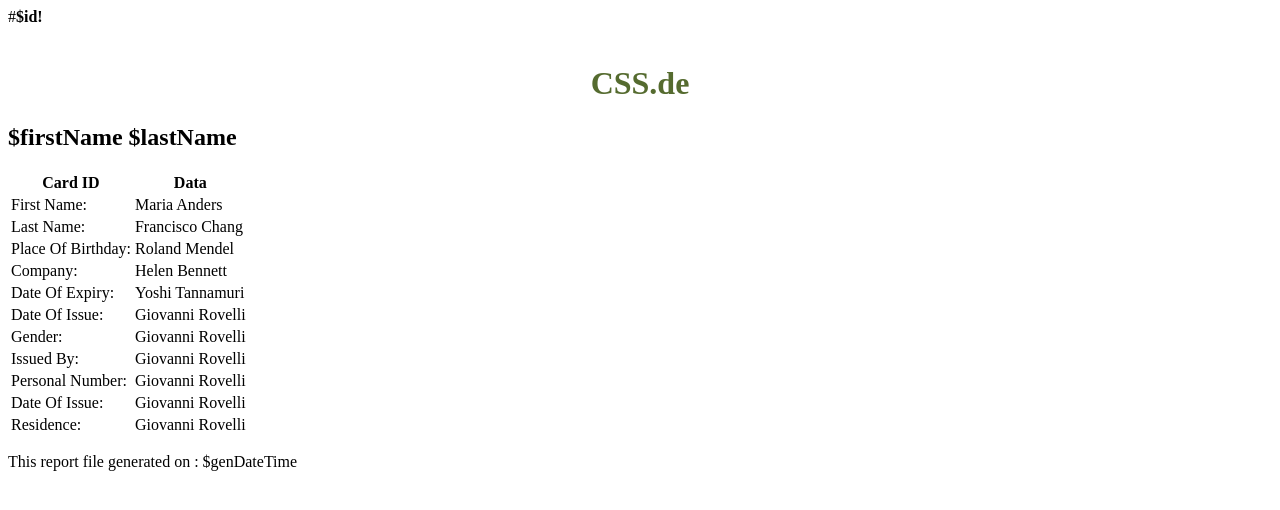
Repository: Len2/Topic4
Page: src/main/resources/templates/PDF_template.html
These files come from the project's save history. The page is drawn as it stood at one moment and after the next save; the edit follows.
The browser window is 1280 px wide. The pictures show the whole page.

Above is the page before, as saved 2020-09-07 11:07:36.

### src/main/resources/templates/PDF_template.html
<!DOCTYPE html>
<html>
<body>
#<b>$id!</b>
<br/>
<br/>
<div style="color: darkolivegreen; text-align: center;">
    <h1>CSS.de</h1>
</div>


<h2>$firstName $lastName</h2>
<div style="text-align: center;">
</div>
<table>
  <tr>
    <th>Card ID</th>
    <th>Data</th>
  </tr>

  <tr>
    <td>First Name:</td>
    <td>Maria Anders</td>
  </tr>
  <tr>
    <td>Last Name:</td>
    <td>Francisco Chang</td>
  </tr>
  <tr>
    <td>Place Of Birthday:</td>
    <td>Roland Mendel</td>
  </tr>
  <tr>
    <td>Company:</td>
    <td>Helen Bennett</td>
  </tr>
  <tr>
    <td>Date Of Expiry:</td>
    <td>Yoshi Tannamuri</td>

  </tr>
  <tr>
    <td>Date Of Issue:</td>
    <td>Giovanni Rovelli</td>
  </tr>
  <tr>
    <td>Gender:</td>
    <td>Giovanni Rovelli</td>
  </tr>
  <tr>
    <td>Issued By:</td>
    <td>Giovanni Rovelli</td>
  </tr>
  <tr>
    <td>Personal Number:</td>
    <td>Giovanni Rovelli</td>
  </tr>
  <tr>
    <td>Date Of Issue:</td>
    <td>Giovanni Rovelli</td>
  </tr>
  <tr>
    <td>Residence:</td>
    <td>Giovanni Rovelli</td>
  </tr>
</table>

<p>This report file generated on : $genDateTime</p>

</body>
</html>

After the next save:
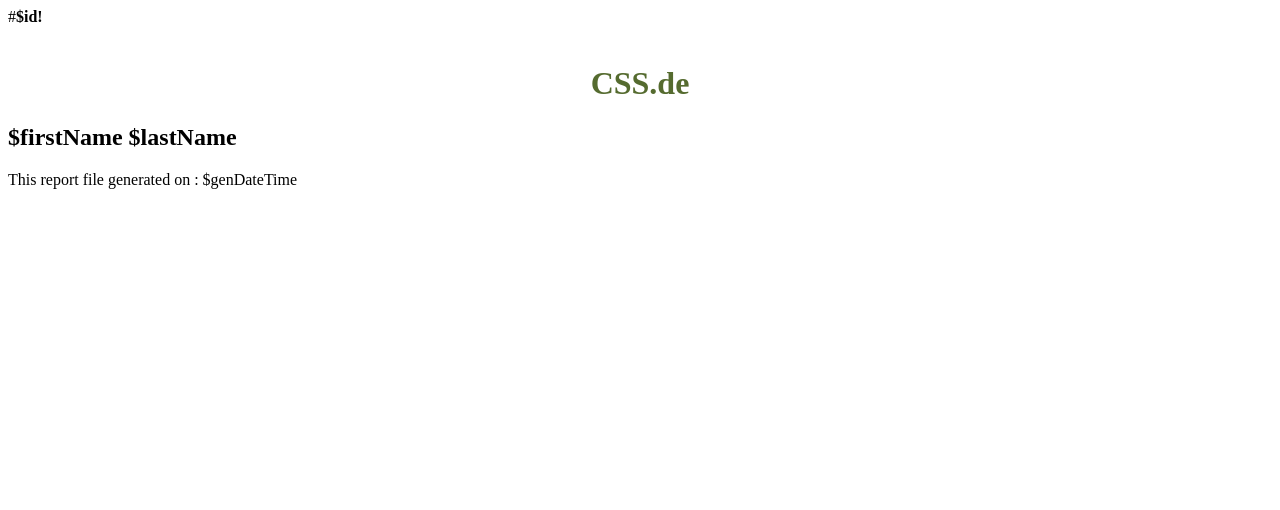
Saved 8 s later.
--- a/src/main/resources/templates/PDF_template.html
+++ b/src/main/resources/templates/PDF_template.html
@@ -12,58 +12,7 @@
 <h2>$firstName $lastName</h2>
 <div style="text-align: center;">
 </div>
-<table>
-  <tr>
-    <th>Card ID</th>
-    <th>Data</th>
-  </tr>
 
-  <tr>
-    <td>First Name:</td>
-    <td>Maria Anders</td>
-  </tr>
-  <tr>
-    <td>Last Name:</td>
-    <td>Francisco Chang</td>
-  </tr>
-  <tr>
-    <td>Place Of Birthday:</td>
-    <td>Roland Mendel</td>
-  </tr>
-  <tr>
-    <td>Company:</td>
-    <td>Helen Bennett</td>
-  </tr>
-  <tr>
-    <td>Date Of Expiry:</td>
-    <td>Yoshi Tannamuri</td>
-
-  </tr>
-  <tr>
-    <td>Date Of Issue:</td>
-    <td>Giovanni Rovelli</td>
-  </tr>
-  <tr>
-    <td>Gender:</td>
-    <td>Giovanni Rovelli</td>
-  </tr>
-  <tr>
-    <td>Issued By:</td>
-    <td>Giovanni Rovelli</td>
-  </tr>
-  <tr>
-    <td>Personal Number:</td>
-    <td>Giovanni Rovelli</td>
-  </tr>
-  <tr>
-    <td>Date Of Issue:</td>
-    <td>Giovanni Rovelli</td>
-  </tr>
-  <tr>
-    <td>Residence:</td>
-    <td>Giovanni Rovelli</td>
-  </tr>
-</table>
 
 <p>This report file generated on : $genDateTime</p>
 
